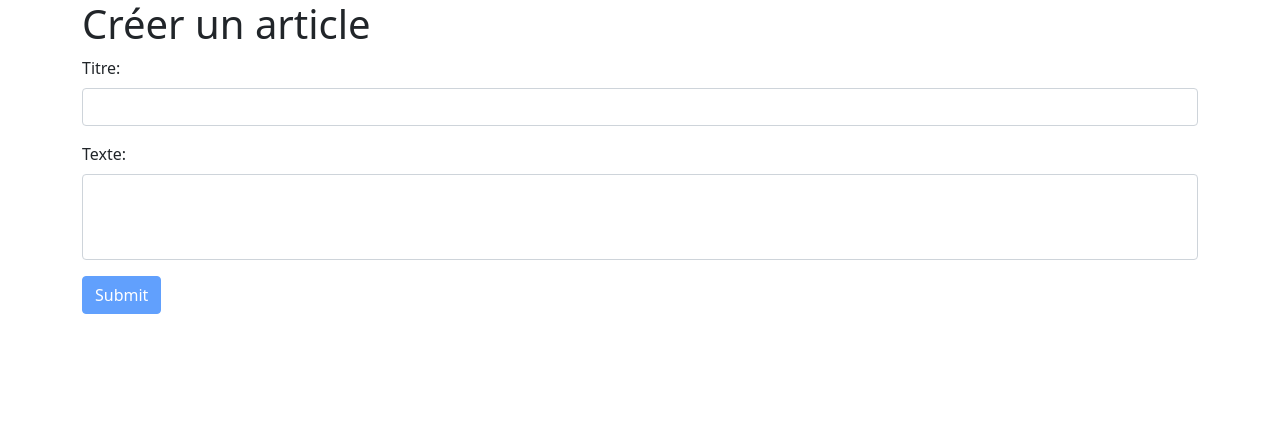
Repository: QuentinFayt/NewsWeb
Page: sources/adminNewsWeb/createArticle.html
The author's editor kept a copy of each file at every save. The page is drawn from the files as they stood at one save, then again after the next save.
The browser window is 1280 px wide. The pictures show the whole page.

Above is the page before, as saved 2021-12-23 10:54:36.

### sources/adminNewsWeb/createArticle.html
<!doctype html>
<html lang="fr">

<head>
    <!-- Required meta tags -->
    <meta charset="utf-8">
    <meta name="viewport" content="width=device-width, initial-scale=1">

    <!-- Bootstrap CSS -->
    <link href="https://cdn.jsdelivr.net/npm/bootstrap@5.1.3/dist/css/bootstrap.min.css" rel="stylesheet" integrity="sha384-1BmE4kWBq78iYhFldvKuhfTAU6auU8tT94WrHftjDbrCEXSU1oBoqyl2QvZ6jIW3" crossorigin="anonymous">

    <title>Créer un article</title>
</head>

<body>
    <main class="container">
        <h1>Créer un article</h1>
        <form>
            <div class="mb-3">
                <label for="titre" class="form-label">Titre:</label>
                <input type="text" class="form-control" id="titre" required>
            </div>
            <div class="mb-3">
                <label for="text" class="form-label">Texte:</label>
                <textarea class="form-control" id="text" rows="3" style="resize: none;"></textarea>
            </div>
            <button type="submit" class="btn btn-primary" disabled>Submit</button>
        </form>
    </main>
    <script src="https://cdn.jsdelivr.net/npm/bootstrap@5.1.3/dist/js/bootstrap.bundle.min.js" integrity="sha384-ka7Sk0Gln4gmtz2MlQnikT1wXgYsOg+OMhuP+IlRH9sENBO0LRn5q+8nbTov4+1p" crossorigin="anonymous"></script>
</body>

</html>

After the next save:
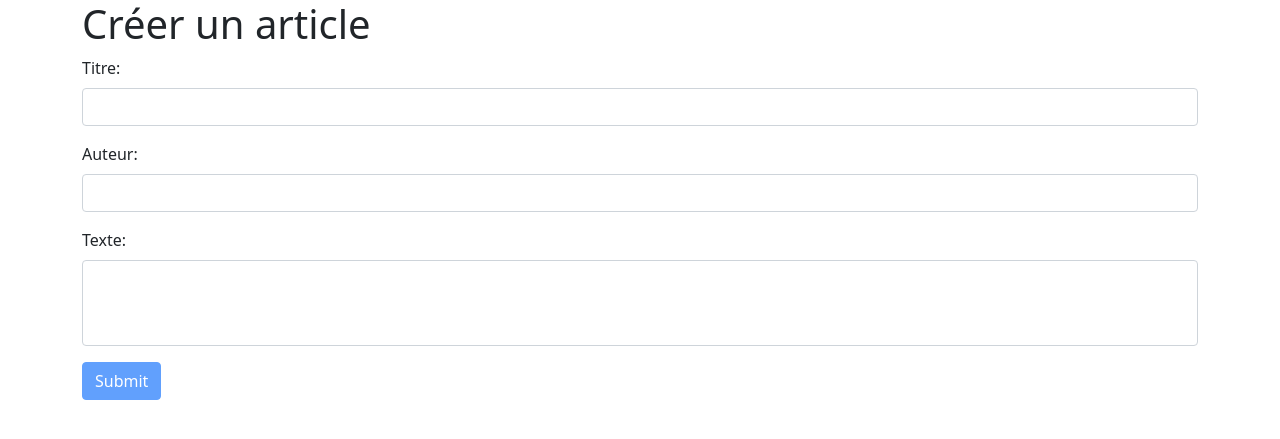
Saved 7 min 29 s later.
--- a/sources/adminNewsWeb/createArticle.html
+++ b/sources/adminNewsWeb/createArticle.html
@@ -21,6 +21,10 @@
                 <input type="text" class="form-control" id="titre" required>
             </div>
             <div class="mb-3">
+                <label for="autor" class="form-label">Auteur:</label>
+                <input type="text" class="form-control" id="autor" required>
+            </div>
+            <div class="mb-3">
                 <label for="text" class="form-label">Texte:</label>
                 <textarea class="form-control" id="text" rows="3" style="resize: none;"></textarea>
             </div>
